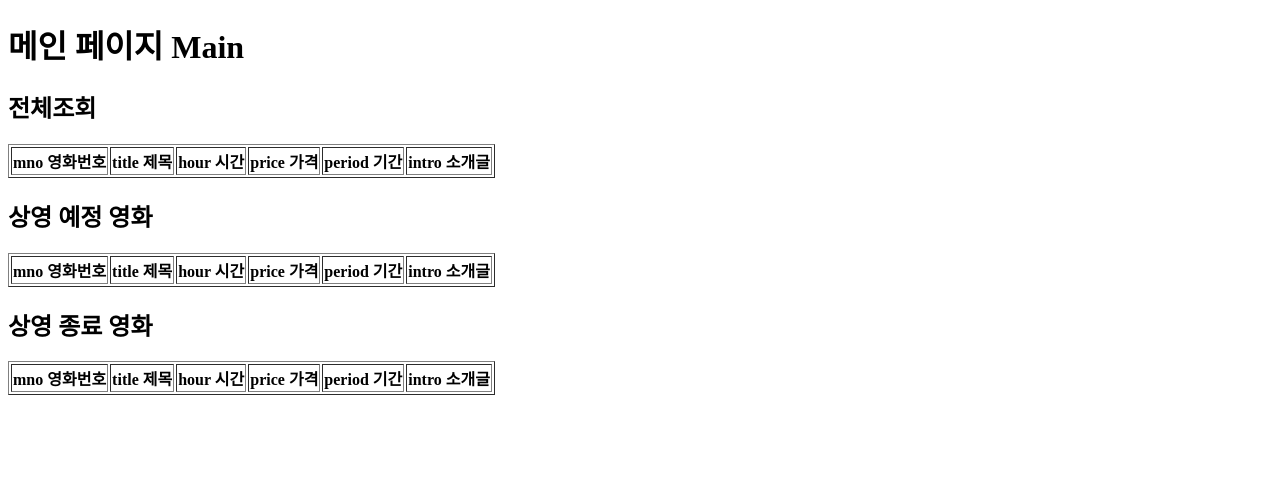
Repository: smallomg/bg-spring
Page: http://localhost/test3/WEB-INF/views/main.jsp
These files come from the project's save history. The page is drawn as it stood at one moment and after the next save; the edit follows.
The browser window is 1280 px wide. The pictures show the whole page.
The page is served by Tomcat 10. Nobody is signed in. The template is opened directly, without the code that normally fills it, so the values that code supplies are empty.

Above is the page before, as saved 2025-05-14 07:45:20.

After the next save:
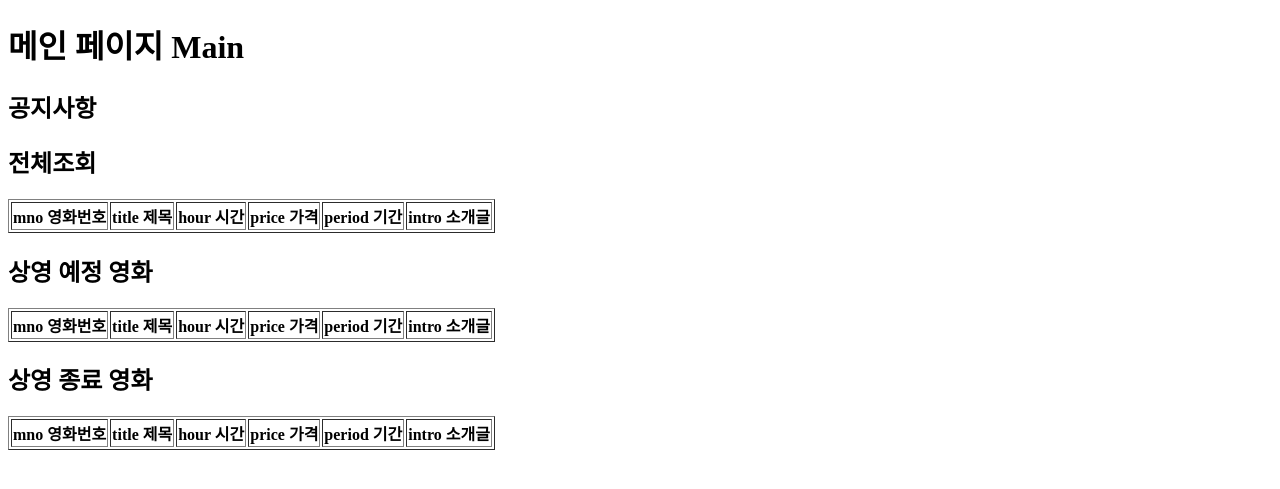
Saved 48 s later.
--- a/ldy_spring/test3/src/main/webapp/WEB-INF/views/main.jsp
+++ b/ldy_spring/test3/src/main/webapp/WEB-INF/views/main.jsp
@@ -50,7 +50,7 @@
 	</c:if>
 <!--  -->
 
-
+	<h2>공지사항</h2>
 
 
 
